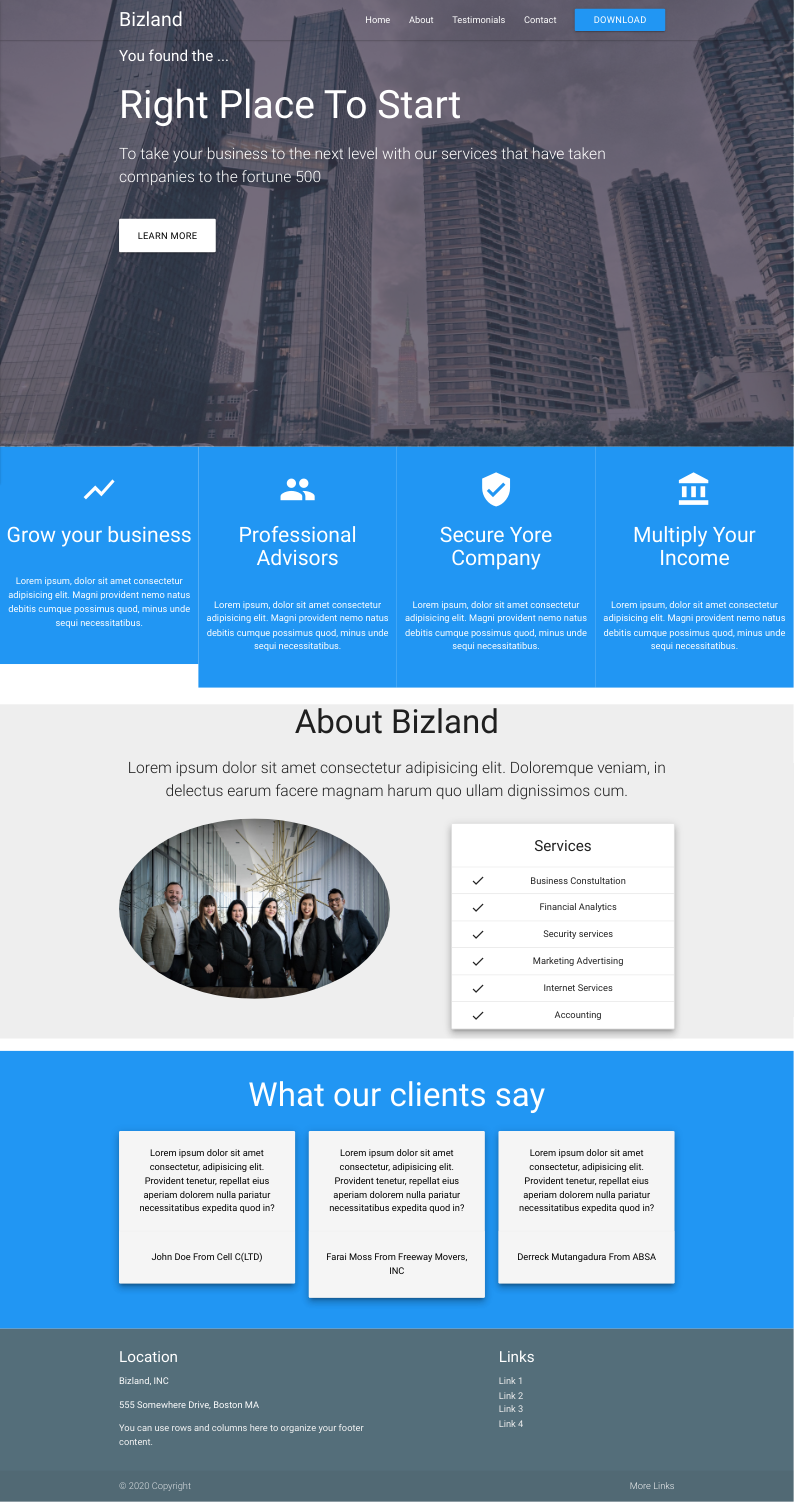
Repository: farrdy/bizland
Page: index.html
These files come from the project's save history. The page is drawn as it stood at one moment and after the next save; the edit follows.
The browser window is 1280 px wide. The pictures show the whole page, at 62% of full size.
Some web libraries are served in a nearby version.

Above is the page before, as saved 2020-01-05 14:35:49.

After the next save:
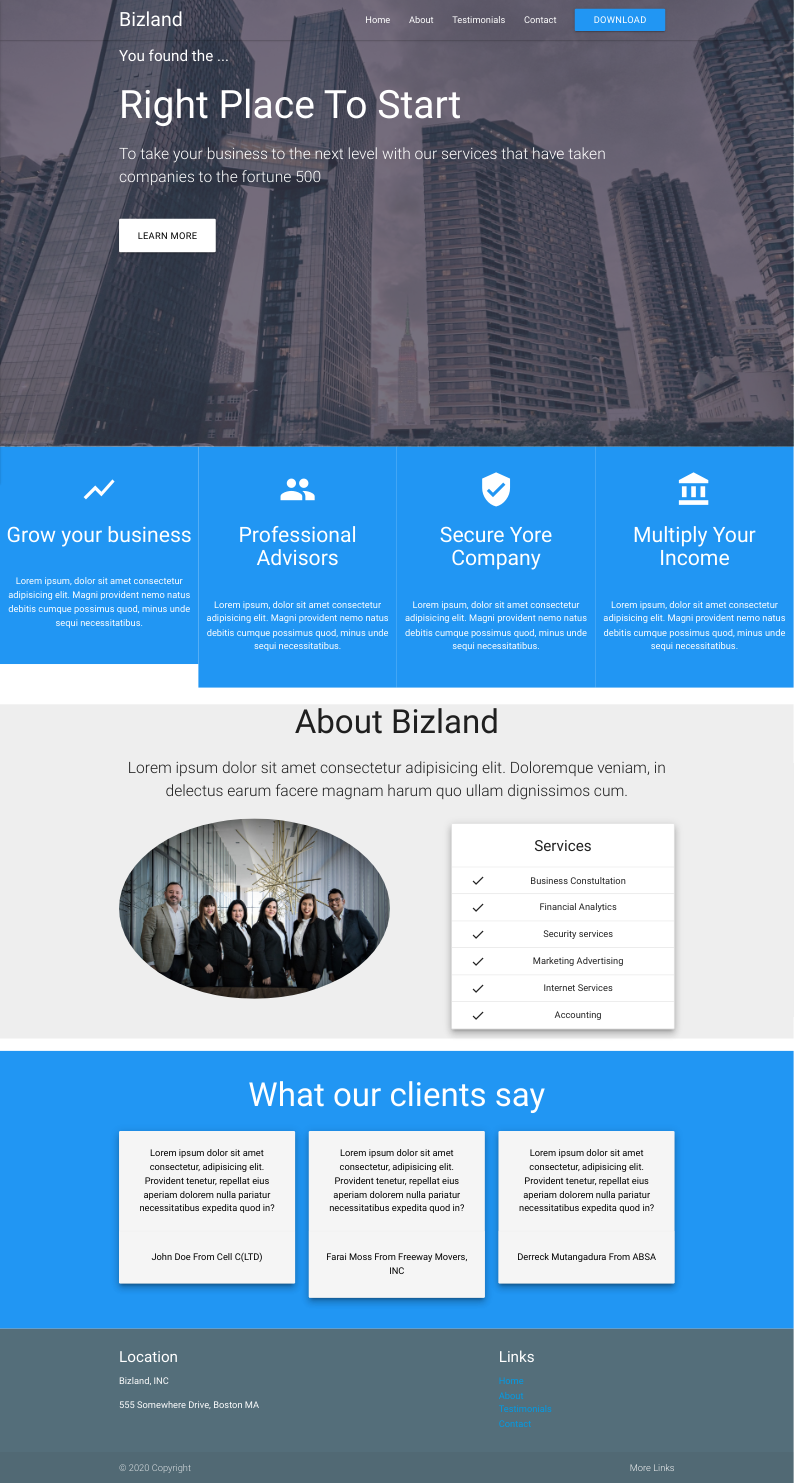
Saved 6 min 4 s later.
--- a/index.html
+++ b/index.html
@@ -238,20 +238,28 @@
       <div class="container">
         <div class="row">
           <div class="col l6 s12">
-            <h5 class="white-text">Location</h5>
+            <h5>Location</h5>
             <p>Bizland, INC</p>
             <p>555 Somewhere Drive, Boston MA</p>
-            <p class="grey-text text-lighten-4">
-              You can use rows and columns here to organize your footer content.
-            </p>
           </div>
           <div class="col l4 offset-l2 s12">
             <h5 class="white-text">Links</h5>
             <ul>
-              <li><a class="grey-text text-lighten-3" href="#!">Link 1</a></li>
-              <li><a class="grey-text text-lighten-3" href="#!">Link 2</a></li>
-              <li><a class="grey-text text-lighten-3" href="#!">Link 3</a></li>
-              <li><a class="grey-text text-lighten-3" href="#!">Link 4</a></li>
+              <li>
+                <a href="#" class="devider"></a>
+              </li>
+              <li>
+                <a href="#home">Home</a>
+              </li>
+              <li>
+                <a href="#about">About</a>
+              </li>
+              <li>
+                <a href="#testimonials">Testimonials</a>
+              </li>
+              <li>
+                <a href="#contact">Contact</a>
+              </li>
             </ul>
           </div>
         </div>
